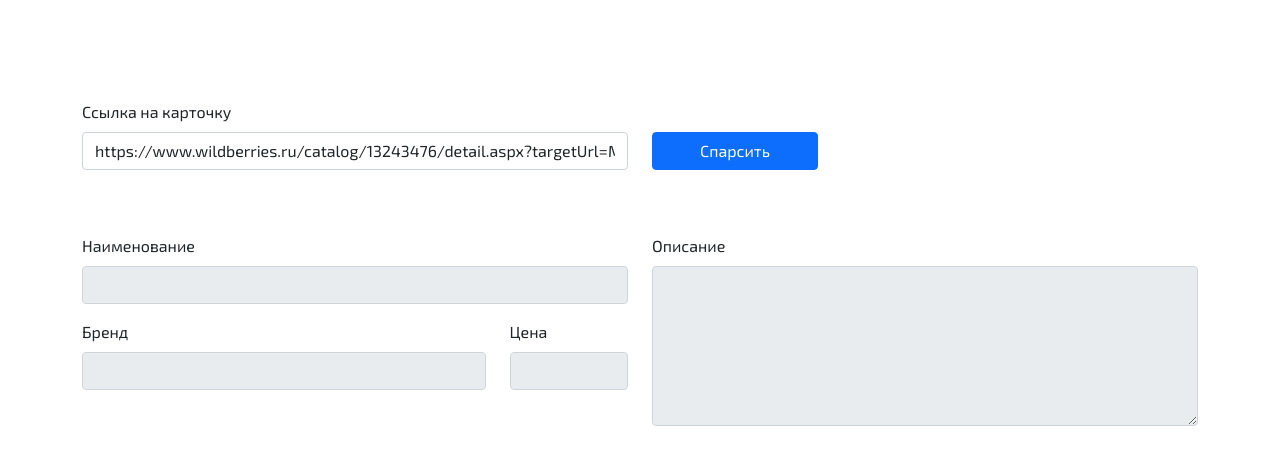
Repository: yozuul/wildberries-product-card-parser-api-exchange
Page: public/panel.html
The author's editor kept a copy of each file at every save. The page is drawn from the files as they stood at one save, then again after the next save.
The browser window is 1280 px wide. The pictures show the whole page.

Above is the page before, as saved 2021-08-20 07:51:31.

### public/panel.html
<!DOCTYPE html>
<html lang="en">

<head>
   <meta charset="UTF-8">
   <meta http-equiv="X-UA-Compatible" content="IE=edge">
   <meta name="viewport" content="width=device-width, initial-scale=1.0">
   <title>Document</title>
   <link href="https://cdn.jsdelivr.net/npm/bootstrap@5.1.0/dist/css/bootstrap.min.css" rel="stylesheet"
      integrity="sha384-KyZXEAg3QhqLMpG8r+8fhAXLRk2vvoC2f3B09zVXn8CA5QIVfZOJ3BCsw2P0p/We" crossorigin="anonymous">
   <link rel="stylesheet" href="style.css">
</head>

<body>
   <div class="container">
      <div class="row align-items-end">
         <div class="mb-3 col-6">
            <label for="cardProductURL" class="form-label">Ссылка на карточку</label>
            <input type="text" class="form-control" id="cardProductURL" value="https://www.wildberries.ru/catalog/13243476/detail.aspx?targetUrl=MI">
         </div>
         <div class="col-2 mb-3">
            <button id="parseCard" class="btn btn-primary col-12">
               <span id="parseCard_inactive">Спарсить</span>
               <div id="parseCard_active" class="spinner dn">
                  <span class="sr-only">Парсим</span>
                  <span class="spinner-grow spinner-grow-sm" role="status" aria-hidden="true"></span>
               </div>
            </button>
         </div>
         <div class="col-2 mb-3">
            <button id="saveCard" class="btn btn-success col-12 dn">
               <span id="saveCard_inactive">Добавить</span>
               <div id="saveCard_active" class="spinner dn">
                  <span class="sr-only">Добавляем</span>
                  <span class="spinner-grow spinner-grow-sm" role="status" aria-hidden="true"></span>
               </div>
            </button>
         </div>
      </div>
   </div>
   <form class="container mt-5">
      <div class="row">
         <div class="col">

            <div class="mb-3">
               <label for="productName" class="form-label">Наименование</label>
               <input type="text" class="form-control" id="productName" readonly>
            </div>

            <div id="productExtras_wrapper" class="row mb-3 dn">
               <div  class="col-6">
                  <label for="productCategory" class="form-label">Категория</label>
                  <select id="productCategory" class="form-select"></select>
               </div>
               <div class="col-6">
                  <label for="productCountry" class="form-label">Страна производства</label>
                  <select id="productTnved" class="form-select">
                   </select>
               </div>
               <div  class="col-6">
                  <label for="productComplectation" class="form-label">Комплектация</label>
                  <select id="productComplectation" class="form-select"></select>
               </div>
               <div class="col-6">
                  <label for="productTnved" class="form-label">ТНВЭД</label>
                  <select id="productTnved" class="form-select"></select>
               </div>
            </div>

            <div class="row mb-3">
               <div  class="col-9">
                  <label for="productBrand" class="form-label">Бренд</label>
                  <input type="text" class="form-control" id="productBrand" readonly>
                   </select>
               </div>
               <div class="col-3">
                  <label for="productTnved" class="form-label">Цена</label>
                  <input type="text" class="form-control" id="productPrice" readonly>
                   </select>
               </div>
            </div>

            <div id="productImages_wrapper" class="mb-3 dn">
               <label for="productImages" class="form-label">Изображения</label>
               <div id="productImages" class="row"></div>
            </div>
         </div>
         <div class="col">
            <div id="productConsist_wrapper " class="mb-3 dn">
               <label for="productConsist" class="form-label">Состав</label>
               <input type="text" class="form-control" id="productConsist">
            </div>
            <div class="mb-3">
               <label for="productDesc" class="form-label">Описание</label>
               <textarea type="text" class="form-control" id="productDesc" readonly></textarea>
            </div>
            <div id="productParams_wrapper" class="mb-3 dn">
               <label class="form-label">Характеристики</label>
               <table id="productParams_table">
               </table>
            </div>
         </div>
      </div>
   </form>
   <script src="panel.js"></script>
</body>
</html>

### public/style.css
@import url('https://fonts.googleapis.com/css2?family=Exo+2&display=swap');

* {
   font-family: 'Exo 2', sans-serif;
}

body {
   padding: 0;
   margin: 0;
   padding-bottom: 100px;
   padding-top: 100px;
}
.dn {
   display: none;
}
.parser_form_wrapper {
   margin-top: 50px;
}
#productDesc {
   height: 160px;
}
/* .imageItem {
   max-width: 100px;
   margin-right: 5px;
} */
.imageItem img {
   max-width: 100%;
   height: auto;
   margin-bottom: 20px;
}
#productParams_table th {
   width: 60%;
   /* text-align: right;
   padding-right: 40px; */
}
#productParams_table td {
   width: 40%;
}
/* .productImages {
   display: flex;
} */

/* .productFormWrapper, .parseFormWrapper {
   max-width: 1200px;
   margin: auto;
   padding-top: 25px;
   padding-bottom: 25px;
}
.parseFormWrapper {
   border-bottom: 1px dotted #9999;
}
.productFormWrapper {
   display: flex;
}
.productFormWrapperLeft {
   margin-right: 50px;
}
.parseForm {
   display: flex;
   flex-wrap: wrap;
   max-width: 550px;
}
.parseForm input {
   width: 550px;
   margin-bottom: 20px;
}
.productForm {
}
.productForm input, .productForm textarea {
   width: 550px;
}
.productForm textarea {
   height: 100px;
   resize: none;
}
.parseFormWrapper p, .productFormWrapper p {
   margin-bottom: 8px;
   margin-top: 0;
}
.inputWrapper {
   margin-bottom: 15px;
} */

### public/panel.js
const query = (el) => document.querySelector(el)
const queryAll = (el) => document.querySelectorAll(el)

class Panel {
   constructor(api, button, element, input) {
      this.api = api
      this.button = button
      this.element = element
      this.input = input
   }

   waitParse() {
      this.parseButtonControl()

   }

   toggleSpinner(mode) {
      if(mode == 'on') {
         this.element.parseCard_inactive.classList.add('dn')
         this.button.parseCard.setAttribute('disbale', '')
         this.element.parseCard_active.classList.remove('dn')
      } else {
         this.element.parseCard_active.classList.add('dn')
         this.button.parseCard.removeAttribute('disbale')
         this.element.parseCard_inactive.classList.remove('dn')
      }
   }

   parseButtonControl() {
      this.button.parseCard.onclick = async () => {
         this.cleanHideDynamicBlocks()
         this.toggleSpinner('on')
         // Получение данных
         let parseData = await this.apiFetch(this.api.parseCard, {data: input.cardProductURL.value})
         parseData.extras = await this.apiFetch(this.api.getAdditionalCardData, parseData)

         this.passDataToFields(parseData)
      }
   }

   passDataToFields(data) {
      // Основные данные товара
      const commonDataFields = {
         cardProductName: input.cardProductName,
         cardProductBrand: input.cardProductBrand,
         cardProductPrice: input.cardProductPrice,
         cardProductDesc: textarea.cardProductDesc
      }
      for(let input in commonDataFields) {
         commonDataFields[input].removeAttribute('readonly')
         commonDataFields[input].value = data[input]
      }

//       // Изображения
//       if(data.cardProductImages) {
//          this.element.productImages_wrapper.classList.remove('dn')
//          data.cardProductImages.reverse()
//          const imagesBlock = query('#productImages')
//          let imgNum = 0
//          for(let image of data.cardProductImages) {
//             const divTag = `<div class='col-3 imageItem'><img src="${image}"></div>`
//             imagesBlock.insertAdjacentHTML('afterbegin', divTag)
//             imgNum++
//          }
//       }
//       // Состав
//       const detailConsist = data.details.consist
//       if(detailConsist) {
//          element.productConsist_wrapper.classList.remove('dn')
//          input.productConsist.value = detailConsist
//       } else {
//          element.productConsist_wrapper.classList.add('dn')
//       }
//       // Описание
//       const detailDesc = data.details.desc
//       if(detailDesc) {
//          textarea.desc.removeAttribute('readonly')
//          textarea.desc.value = detailDesc
//       }
//       // Характеристики
//       const detailParams = data.details.params
//       if(detailParams) {
//          element.productParams_wrapper.classList.remove('dn')
//
//          for(let name in detailParams) {
//             const paramRow = `<tr><th>${name}</th><td>${detailParams[name]}</td></tr>`
//             element.productParams_table.insertAdjacentHTML('afterbegin', paramRow)
//          }
//       } else {
//          element.productParams_wrapper.classList.add('dn')
//       }
//       // Категория
//       const direcoryList = data.extras.direcoryList
//       if(direcoryList) {
//          let num = 1
//          for(let direcory in direcoryList) {
//             const dirOptionRow = `<option value="${num}">${direcory}</option>`
//             select.productCategory.insertAdjacentHTML('afterbegin', dirOptionRow)
//             num++
//          }
//          element.productExtras.classList.remove('dn')
//       }
//       // ТВЭНД
//       const tvendList = data.extras.tnvedList
//       if(tvendList) {
//          let num = 1
//          for(let tvend of tvendList) {
//             const tvendOptionRow = `<option value="${num}">${tvend.tnvedCode}${tvend.description}</option>`
//             select.productTnved.insertAdjacentHTML('afterbegin', tvendOptionRow)
//             num++
//          }
//          element.productExtras.classList.remove('dn')
//       }

      this.button.saveCard.classList.remove('dn')
      this.toggleSpinner('off')
   }

   async apiFetch(apiURL, jsonData) {
      try {
         const response = await fetch(apiURL, {
            method: 'POST',
            body: JSON.stringify(jsonData),
            headers: { 'Content-Type': 'application/json' }
         })
         return await response.json()
      } catch (error) {
         console.error('Error fetching:', error);
      }
   }

   cleanHideDynamicBlocks() {
      // Кнопка сохранения
      this.button.saveCard.classList.add('dn')
      // Блок изображений
      this.element.productImages_wrapper.classList.add('dn')
      // Блок характеристик
      this.element.productParams_wrapper.classList.add('dn')
      // Блок категорий
      this.element.productExtras.classList.add('dn')
      // Удаляем изображения и характеристики
      const cleanInside = [
         queryAll('#productImages div'),
         queryAll('#productParams_table tr'),
         queryAll('#productExtras_wrapper option')
      ]
      for(let items of cleanInside) {
         if(items.length > 0) {
            Array.from(items).map((i) => i.remove())
         }
      }
   }
}

// Запросы на внутренний API
const api = {
   parseCard: 'http://localhost:3000/parseCard',
   getAdditionalCardData: 'http://localhost:3000/getAdditionalCardData',
   saveCard: 'http://localhost:3000/saveCard',
}
// Поля формы
const input = {
   cardProductURL: query('#cardProductURL'),
   cardProductName: query('#productName'),
   cardProductBrand: query('#productBrand'),
   cardProductPrice: query('#productPrice'),
   productConsist: query('#productConsist'),
   productDesc: query('#productDesc'),
}
// Кнопки управления формой
const button = {
   parseCard: query('#parseCard'),
   saveCard: query('#saveCard'),
}
// Селекты
const select = {
   productCategory: query('#productCategory'),
   productTnved: query('#productTnved'),
}
// Интерактивные элементы
const element = {
   parseCard_inactive: query('#parseCard_inactive'),
   parseCard_active: query('#parseCard_active'),
   saveCard_inactive: query('#saveCard_inactive'),
   saveCard_active: query('#saveCard_active'),
   productExtras: query('#productExtras_wrapper'),
   productImages_wrapper: query('#productImages_wrapper'),
   productConsist_wrapper: query('#productConsist_wrapper'),
   productParams_wrapper: query('#productParams_wrapper'),
   productParams_table: query('#productParams_table'),
}
const textarea = {
   cardProductDesc: query('#cardProductDesc')
}

new Panel(api, button, element, input, select).waitParse()



// sendData(data, field, params) {
//    let newData = this.jsonData()
//    data.name = field.name.value
//    data.brand = field.brand.value
//    data.price = field.price.value
//    data.details.consist = params.consist.value
//    data.details.desc = params.desc.value
//
//    const saveCardButton = this.query('#saveCard')
//    saveCardButton.onclick = () => {
//       this.fetchData(this.api.parseCard, data)
//    }
// }
// // const parseQuery = '#passCardURL'
// const urlPassCardButton = this.query(parseButtonQuery)
// this.parseButtonClick(parseButtonQuery, urlPassCardButton)
// // Кнопка парсинга
// const parseInactive = query(`.parseInactive`)
// const parseActive = this.query(`${parseButtonQuery} .parseActive`)
//
// const inputCardURL = this.query('#cardProductURL').value
// // Кнопка добавления
// const saveCardButton = this.query('#saveCard')
// const saveCardInactive = this.query('#saveCardInactive')
// const saveCardActive = this.query('#saveCardActive')

After the next save:
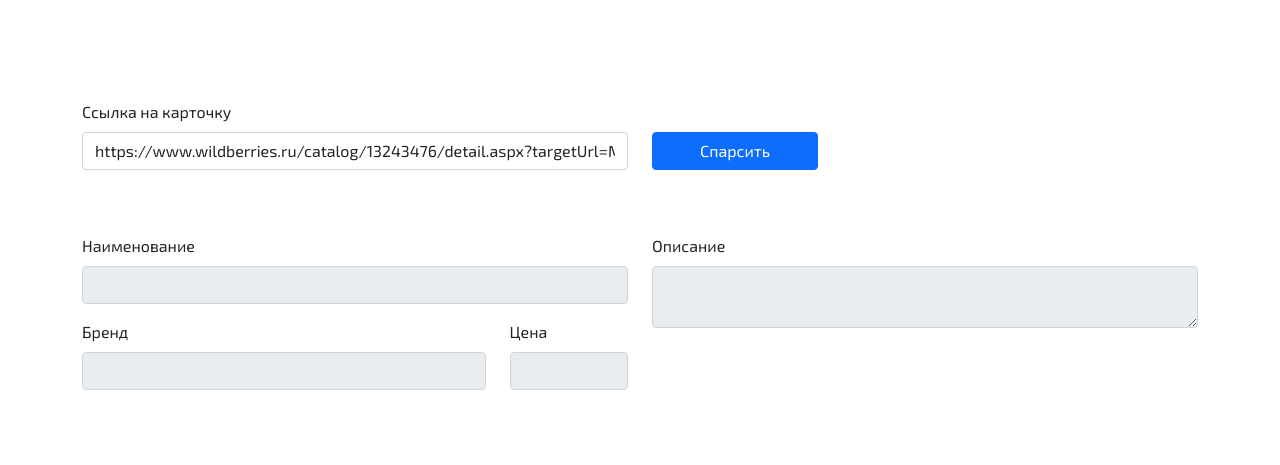
Saved 3 s later.
--- a/public/panel.html
+++ b/public/panel.html
@@ -91,8 +91,8 @@
                <input type="text" class="form-control" id="productConsist">
             </div>
             <div class="mb-3">
-               <label for="productDesc" class="form-label">Описание</label>
-               <textarea type="text" class="form-control" id="productDesc" readonly></textarea>
+               <label for="cardProductDesc" class="form-label">Описание</label>
+               <textarea type="text" class="form-control" id="cardProductDesc" readonly></textarea>
             </div>
             <div id="productParams_wrapper" class="mb-3 dn">
                <label class="form-label">Характеристики</label>

After the save that followed:
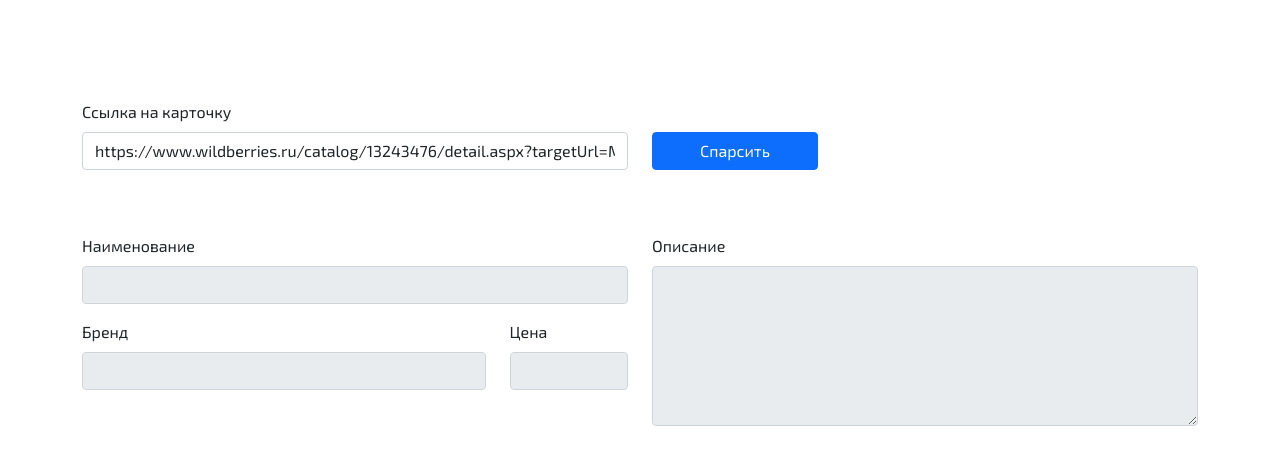
Saved 14 s later.
--- a/public/style.css
+++ b/public/style.css
@@ -16,7 +16,7 @@ body {
 .parser_form_wrapper {
    margin-top: 50px;
 }
-#productDesc {
+#cardProductDesc {
    height: 160px;
 }
 /* .imageItem {
